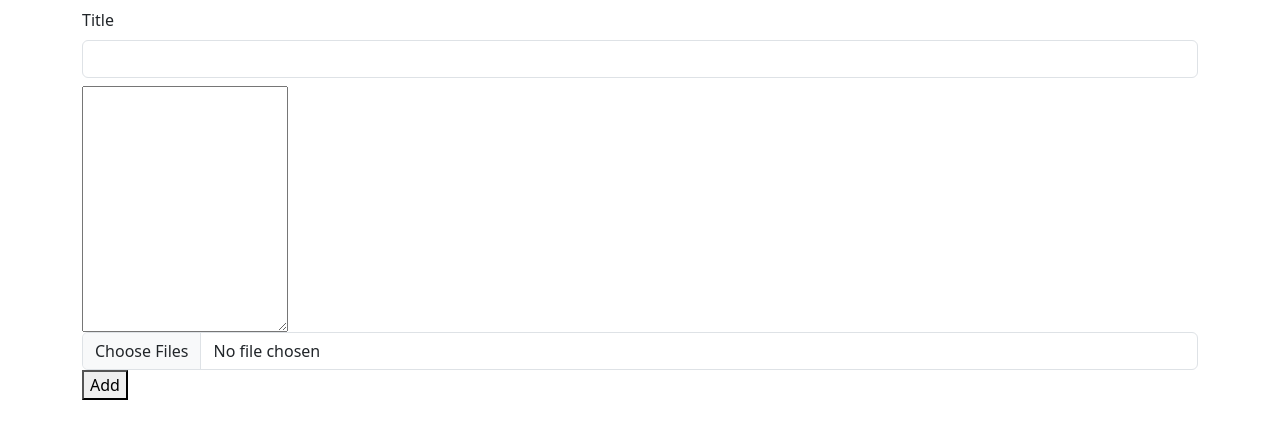
Repository: wasimalbokae2000/blogs
Page: http://localhost/posts/create
The author's editor kept a copy of each file at every save. The page is drawn from the files as they stood at one save, then again after the next save.
The browser window is 1280 px wide. The pictures show the whole page.
The page is served by the project's Laravel application, run on PHP 8.4 with Laravel 12. Other server files are loaded and not shown.

Above is the page before, as saved 2024-11-27 23:14:29.

### routes/web.php
<?php

use Illuminate\Support\Facades\Route;
use App\Http\Controllers\PostController;
Route::get('/', function () {
    return view('welcome');
});

Route::get('/posts', [PostController::class, "index"])->name("posts");
Route::get('/posts/create', [PostController::class, "create"] )->name("posts.create");
Route::POST('/posts/store', [PostController::class, "store"] )->name("posts.store");
Route::get('/posts/show/id={id?}', [PostController::class, "show"] )->name("posts.show");
Route::get('/posts/edit/id={id?}', [PostController::class, "edit"] )->name("posts.edit");
Route::POST('/posts/update/id={id?}', [PostController::class, "update"] )->name("posts.update");
Route::get('/posts/delete/id={id?}', [PostController::class, "destroy"] )->name("posts.delete");

### app/Http/Controllers/PostController.php
<?php

namespace App\Http\Controllers;

use App\Models\Post;
use Illuminate\Http\Request;

class PostController extends Controller
{
    /**
     * Display a listing of the resource.
     */
    public function index()
    {
        $posts=Post::all();
        return view("posts.index",compact("posts"));
    }

    /**
     * Show the form for creating a new resource.
     */
    public function create()
    {
        return view("posts.create");
    }

    /**
     * Store a newly created resource in storage.
     */
    public function store(Request $request)
    {

        $arr_images=array();
        if($images=$request->file("image"))
        {
            foreach($images as $image)
            {
                $imgName=$image->getClientOriginalName() . '-'. uniqid() . '.'.$image->getClientOriginalExtension();
                $arr_images[]=$imgName;
                 $image->move(public_path("/images"),$imgName);
            }
            // $imgName=$request->file("image")->getClientOriginalName() . '-'. uniqid() . '.'.$request->file("image")->getClientOriginalExtension();
        }
        $p=Post::create([
            "title"=>$request->title,
            "description"=>$request->description,
            "image"=>implode('|',$arr_images)
            ]);
        if($p)
        return redirect()->route('posts');
        return view("posts.index");
    }

    /**
     * Display the specified resource.
     */
    public function show($id)
    {
        $post=Post::find($id);
        return view("posts.show",compact("post"));
    }
    public function showForEdit($id)
    {

    }

    /**
     * Show the form for editing the specified resource.
     */
    public function edit($id)
    {
        $post=Post::find($id);
        return view("posts.edit",compact("post"));
    }

    /**
     * Update the specified resource in storage.
     */
    public function update(Request $request, $id)
    {
        $post=POST::find($id);
        $post->title=$request->title;
        $post->description=$request->description;
        if($request->hasFile("image"))
        {
            $imgName=$request->file("image")->getClientOriginalName() . '-'. uniqid() . '.'.$request->file("image")->getClientOriginalExtension();
           $request->file("image")->move(public_path("/images"),$imgName);
           $post->image=$imgName;
        }
        $post->save();
        return redirect()->route('posts');
    }

    /**
     * Remove the specified resource from storage.
     */
    public function destroy($id)
    {
        $post = Post::find($id);
        $post->delete();
        return redirect()->route('posts');
    }
}

### resources/views/posts/create.blade.php
<link href="https://cdn.jsdelivr.net/npm/bootstrap@5.3.3/dist/css/bootstrap.min.css" rel="stylesheet" integrity="sha384-QWTKZyjpPEjISv5WaRU9OFeRpok6YctnYmDr5pNlyT2bRjXh0JMhjY6hW+ALEwIH" crossorigin="anonymous">

<div class="container">
    <form action="{{ route("posts.store") }}" enctype="multipart/form-data" method="POST">
        @method("POST")
        @csrf
        <div class="mt-2 mb-2">
            <label for="title" class="form-label">Title</label>
            <input  class="form-control" id="title" >
        </div>
        <textarea name="description" id="" cols="20" rows="10"></textarea>
        <input class="form-control" type="file" name="image[]" multiple>
        <button type="submit">Add</button>
    </form>
</div>

<script src="https://cdn.jsdelivr.net/npm/bootstrap@5.3.3/dist/js/bootstrap.bundle.min.js" integrity="sha384-YvpcrYf0tY3lHB60NNkmXc5s9fDVZLESaAA55NDzOxhy9GkcIdslK1eN7N6jIeHz" crossorigin="anonymous"></script>

Loaded but not shown: app/Http/Controllers/Controller.php (common file)

After the next save:
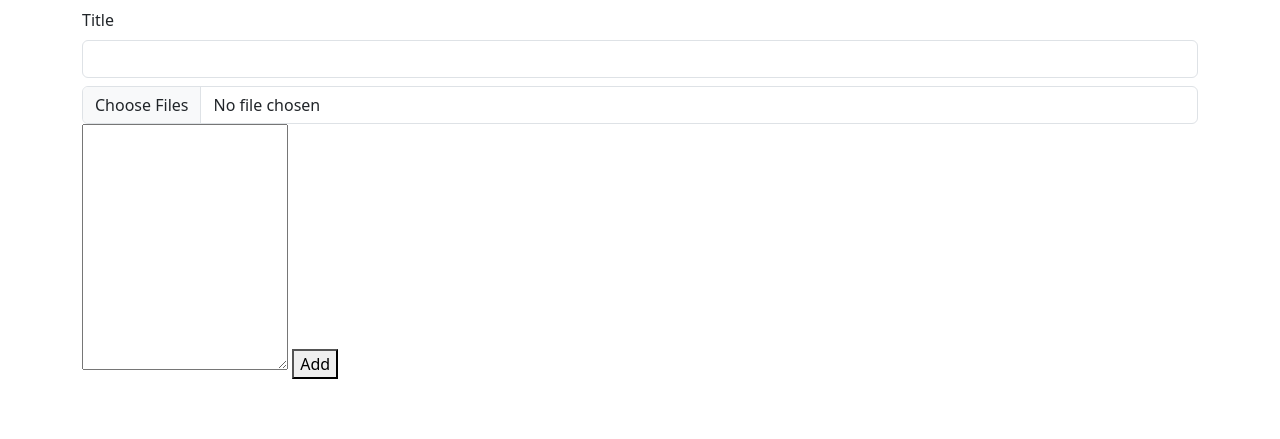
Saved 6 s later.
--- a/resources/views/posts/create.blade.php
+++ b/resources/views/posts/create.blade.php
@@ -8,8 +8,8 @@
             <label for="title" class="form-label">Title</label>
             <input  class="form-control" id="title" >
         </div>
+        <input class="form-control" type="file" name="image[]" multiple>
         <textarea name="description" id="" cols="20" rows="10"></textarea>
-        <input class="form-control" type="file" name="image[]" multiple>
         <button type="submit">Add</button>
     </form>
 </div>

After the save that followed:
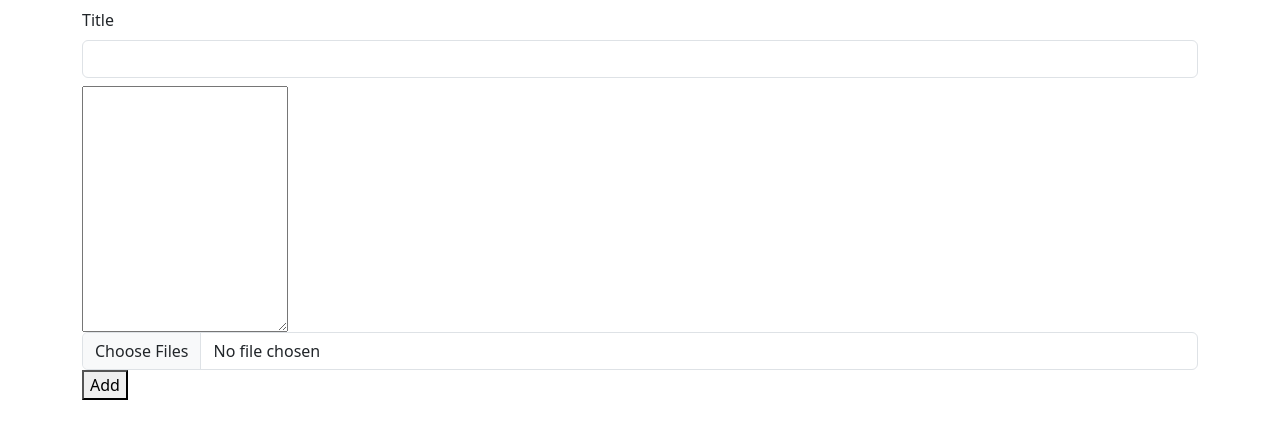
Saved 16 s later.
--- a/resources/views/posts/create.blade.php
+++ b/resources/views/posts/create.blade.php
@@ -8,8 +8,8 @@
             <label for="title" class="form-label">Title</label>
             <input  class="form-control" id="title" >
         </div>
+        <textarea name="description" cols="20" rows="10"></textarea>
         <input class="form-control" type="file" name="image[]" multiple>
-        <textarea name="description" id="" cols="20" rows="10"></textarea>
         <button type="submit">Add</button>
     </form>
 </div>
